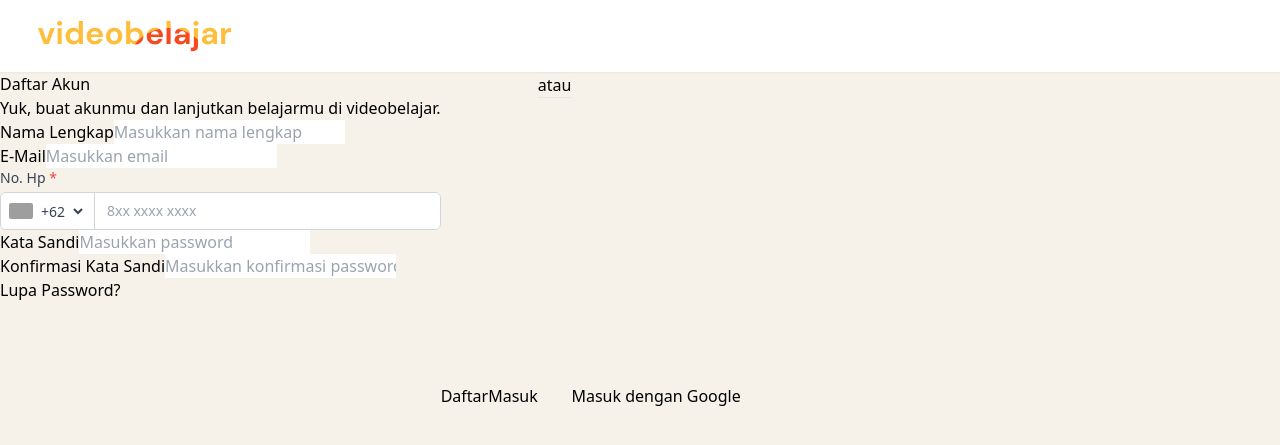
Repository: dimascahyanugraha/Course-Mission-4
Page: /signup
An editor plug-in stored every save of this project. The page is shown before and after the next save, followed by the edit.
The browser window is 1280 px wide. The pictures show the whole page.
Pictures or frames that could not be fetched are drawn as grey boxes. The project was rebuilt for these pictures with package versions that can differ from the ones it lists, and the page was loaded fresh each time. Also part of the build but not shown: vite.config.js, src/components/LoginPage.jsx.

Above is the page before, as saved 2026-05-29 10:45:54.

### index.html
<!doctype html>
<html lang="en">
  <head>
    <meta charset="UTF-8" />
    <link rel="icon" type="image/svg+xml" href="/favicon.svg" />
    <meta name="viewport" content="width=device-width, initial-scale=1.0" />
    <title>video-belajar</title>
  </head>
  <body>
    <div id="root"></div>
    <script type="module" src="/src/main.jsx"></script>
  </body>
</html>

### src/index.css
@tailwind base;
@tailwind components;
@tailwind utilities;

/* optional reset */
body {
  font-family: system-ui, sans-serif;
}

### src/App.jsx
import { BrowserRouter, Routes, Route, Navigate } from "react-router-dom"; // ← tambah Navigate
import LoginPage from "./components/LoginPage";
import Signup from "./components/Signup";

export default function App() {
  return (
    <BrowserRouter>
      <Routes>
        <Route path="/" element={<Navigate to="/login" />} />{" "}
        {/* ← tambah ini */}
        <Route path="/login" element={<LoginPage />} />
        <Route path="/signup" element={<Signup />} />
      </Routes>
    </BrowserRouter>
  );
}

### src/components/Signup.jsx
import logoVideoBelajar from "../assets/logo_video_belajar.png";
import indonesia from "../assets/indonesia.png";

export default function Signup() {
  return (
    <div className="min-h-screen bg-[#f6f2e9] flex flex-col">
      <header className="bg-white py-2 px-4 shadow-sm">
        <img src={logoVideoBelajar} alt="logo" />
      </header>

      <main className="flex flex-auto">
        <div>
          <h2>Daftar Akun</h2>
          <p>Yuk, buat akunmu dan lanjutkan belajarmu di videobelajar.</p>
          <form>
            <div>
              <label>Nama Lengkap</label>
              <input type="text" placeholder="Masukkan nama lengkap" />
            </div>
            <div>
              <label>E-Mail</label>
              <input type="email" placeholder="Masukkan email" />
            </div>
            {/* NO. HP */}
            <div>
              <label className="block text-sm font-medium text-gray-700">
                No. Hp <span className="text-red-500">*</span>
              </label>
              <div className="mt-1 flex rounded-md border border-gray-300 overflow-hidden focus-within:ring-2 focus-within:ring-green-500">
                <div className="flex items-center gap-1 px-2 bg-white border-r border-gray-300">
                  <img
                    src={indonesia}
                    alt="flag ID"
                    className="w-6 h-4 rounded-sm object-cover"
                  />
                  <select className="text-sm text-gray-700 focus:outline-none bg-transparent cursor-pointer pr-1">
                    <option value="+62">+62</option>
                    <option value="+18">+18</option>
                  </select>
                </div>
                <input
                  type="tel"
                  placeholder="8xx xxxx xxxx"
                  className="flex-1 px-3 py-2 text-sm text-gray-700 focus:outline-none"
                />
              </div>
            </div>{" "}
            {/* ← div No.Hp ditutup di sini */}
            <div>
              <label>Kata Sandi</label>
              <input type="password" placeholder="Masukkan password" />
            </div>
            <div>
              <label>Konfirmasi Kata Sandi</label>
              <input
                type="password"
                placeholder="Masukkan konfirmasi password"
              />
            </div>
            <div>
              <a href="#">Lupa Password?</a>
            </div>
          </form>{" "}
          {/* ← form ditutup setelah semua input */}
        </div>
        <button>Daftar</button>
        <button>Masuk</button>
        <div>
          <hr className="flex-1 border-gray-200" />
          atau
          <hr className="flex-1 border-gray-200" />
        </div>
        {/* GOOGLE SIGN IN */}
        <button>Masuk dengan Google</button>
      </main>
    </div>
  );
}

### tailwind.config.js
/** @type {import('tailwindcss').Config} */
export default {
  content: ["./indexedDB.html", "./src/**/*.{js,ts,jsx,tsx}"],
  theme: {
    extend: {},
  },
  plugins: [],
};

Loaded but not shown: src/main.jsx (common file)

After the next save:
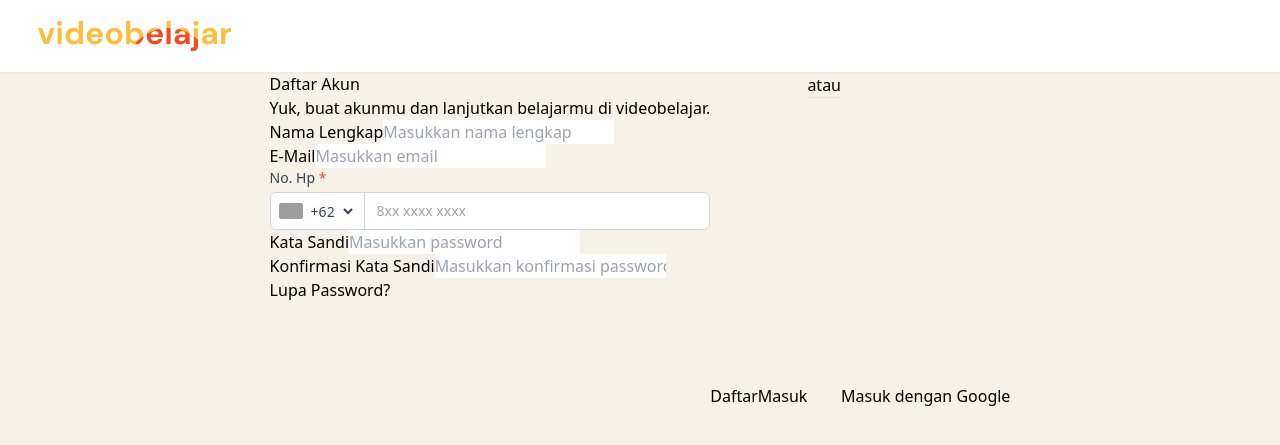
Saved 8 s later.
--- a/src/components/Signup.jsx
+++ b/src/components/Signup.jsx
@@ -8,7 +8,7 @@ export default function Signup() {
         <img src={logoVideoBelajar} alt="logo" />
       </header>
 
-      <main className="flex flex-auto">
+      <main className="flex flex-auto justify-center">
         <div>
           <h2>Daftar Akun</h2>
           <p>Yuk, buat akunmu dan lanjutkan belajarmu di videobelajar.</p>
